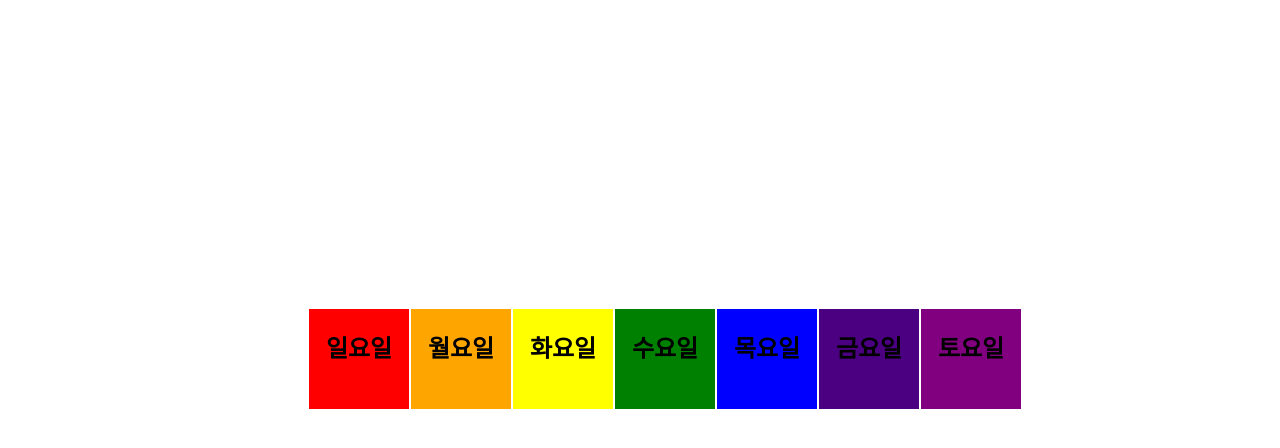
Repository: skim24245/web_workspace_src
Page: Lecture-Web/src/main/webapp/Jquery/html05.html
An editor plug-in stored every save of this project. The page is shown before and after the next save, followed by the edit.
The browser window is 1280 px wide. The pictures show the whole page.

Above is the page before, as saved 2022-05-30 10:08:34.

After the next save:
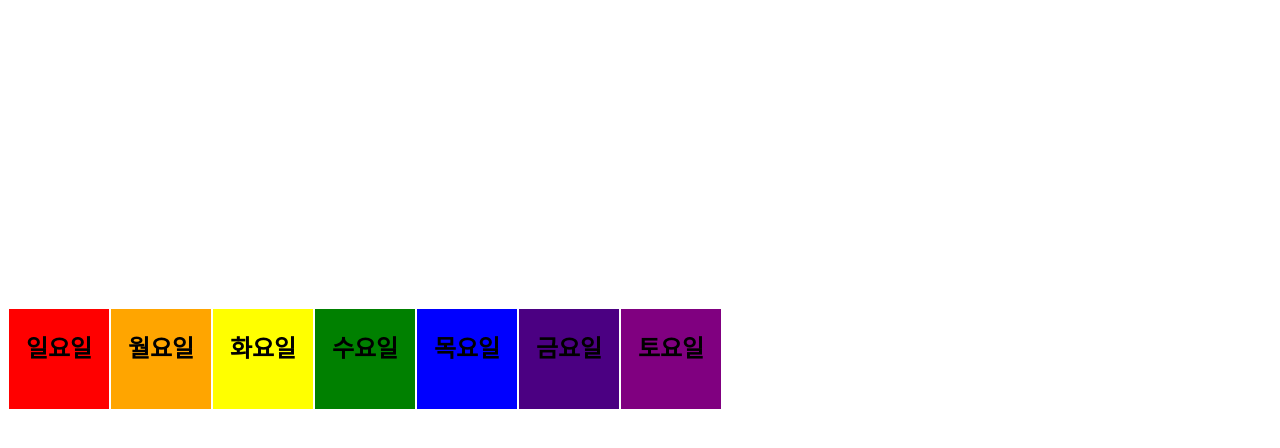
Saved 18 s later.
--- a/Lecture-Web/src/main/webapp/Jquery/html05.html
+++ b/Lecture-Web/src/main/webapp/Jquery/html05.html
@@ -13,7 +13,7 @@ div {
 	justify-content: center;
 	align-content: center;
 	border: 1px solid white;
-	transform: translate(300px,300px);
+	margin-top: 300px;
 }
 
 h2 {
